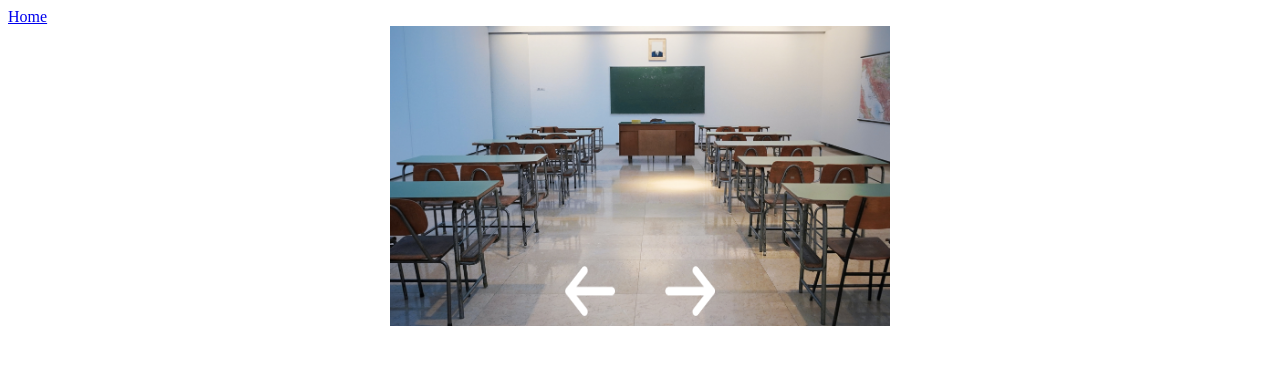
Repository: jjennbui/class8
Page: /carouselPage
The author's editor kept a copy of each file at every save. The page is drawn from the files as they stood at one save, then again after the next save.
The browser window is 1280 px wide. The pictures show the whole page.
The project was rebuilt for these pictures with package versions that can differ from the ones it lists, and the page was loaded fresh each time. The framework's server and built-in components were replaced by stand-ins that run in the browser. Also part of the build but not shown: next.config.js.

Above is the page before, as saved 2023-02-20 18:26:54.

### pages/carouselPage.js
import Link from "next/link";
import Carousel from "@/components/carousel";

export default function CarouselPage(){
    return(
        <>
        <Link href="/">Home</Link>
        <Carousel/>
        </>
    )
}

### styles/globals.css
:root {

}

### components/carousel/index.js
import Image from "next/image"
import { useState } from "react"
import styles from '@/components/carousel/carousel.module.css'


export default function Carousel() {
    const [img, setImg] = useState(0);

    const changeImage = (change) => {
        if (change == "backward") {
            setImg(img - 1);

            if (img == 0) {
                setImg(5);
            }
            console.log(img);
        } else if (change == "forward") {
            setImg(img + 1);
            if (img == 5) {
                setImg(0)
            }
            console.log(img)
        }

    }

    return (
        <>
    <div className={styles.main}>
            <div style={{
                backgroundImage: "url(/carousel-images/" + img + ".jpg)",
                backgroundSize: 'cover',
                backgroundRepeat: "no-repeat",
                width: 500,
                height: 300
            }}>

                <div className={styles.btn}>

                <Image
                    src={"/icons/leftArrow.png"}
                    alt={"/icons/leftArrow.png"}
                    width={50}
                    height={50}
                    onClick={() => changeImage("backward")}
                />

                <Image
                    src={"/icons/rightArrow.png"}
                    alt={"/icons/rightArrow.png"}
                    width={50}
                    height={50}
                    onClick={() => changeImage("forward")}
                />
                </div>

            </div>
            </div>
        </>
    )
}

### components/carousel/carousel.module.css
.btn{
    display: flex;
    justify-content: center;
    position: relative;
    top: 240px;
    gap: 50px;

}

.main{
    display: flex;
    justify-content: center;
}

Loaded but not shown: pages/_app.js (common file); pages/_document.js (common file)

After the next save:
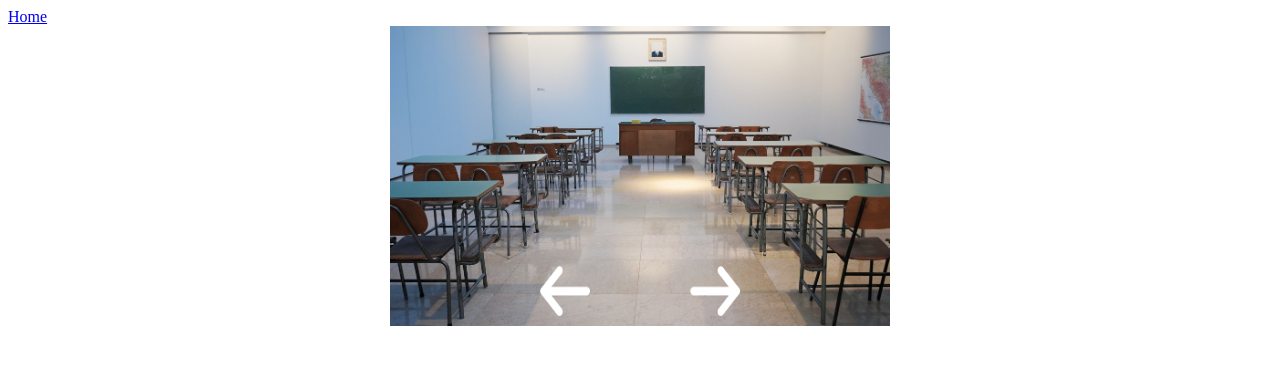
Saved 11 s later.
--- a/components/carousel/carousel.module.css
+++ b/components/carousel/carousel.module.css
@@ -3,7 +3,7 @@
     justify-content: center;
     position: relative;
     top: 240px;
-    gap: 50px;
+    gap: 100px;
 
 }
 
